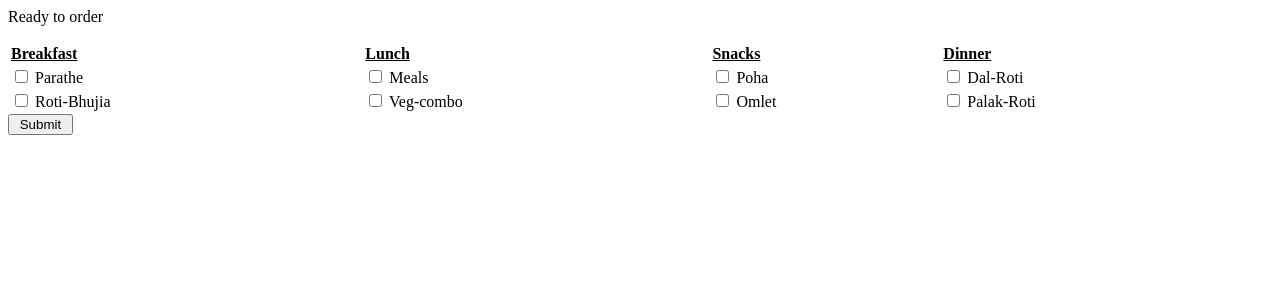
Repository: agarwaljayant7/JavaStuffs
Page: BillingSystem/HotelBillingSystem/WebContent/Menu.html
An editor plug-in stored every save of this project. The page is shown before and after the next save, followed by the edit.
The browser window is 1280 px wide. The pictures show the whole page.

Above is the page before, as saved 2019-12-27 17:23:14.

After the next save:
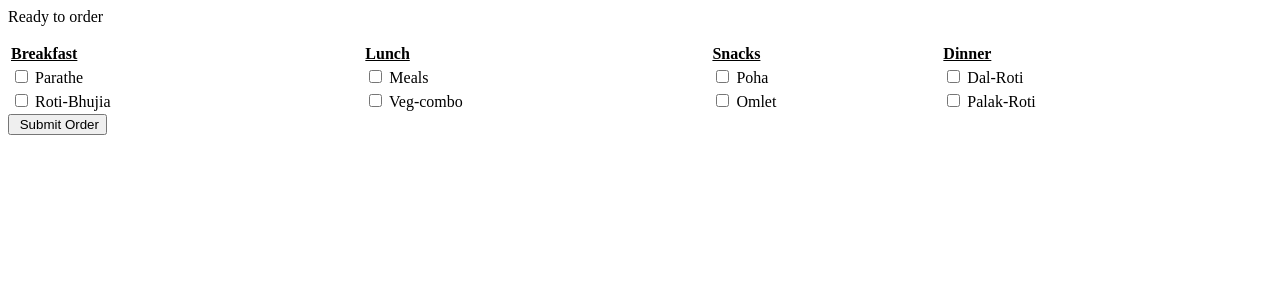
Saved 27 s later.
--- a/BillingSystem/HotelBillingSystem/WebContent/Menu.html
+++ b/BillingSystem/HotelBillingSystem/WebContent/Menu.html
@@ -29,7 +29,7 @@
 
 <form name = "SubmitOrder" action="OrderProcessing" method="POST">
 
-	<input type = "submit" value = " Submit "/>
+	<input type = "submit" value = " Submit Order"/>
 </form>
 <!-- <button onclick="myFunction()">Try it</button>
 
